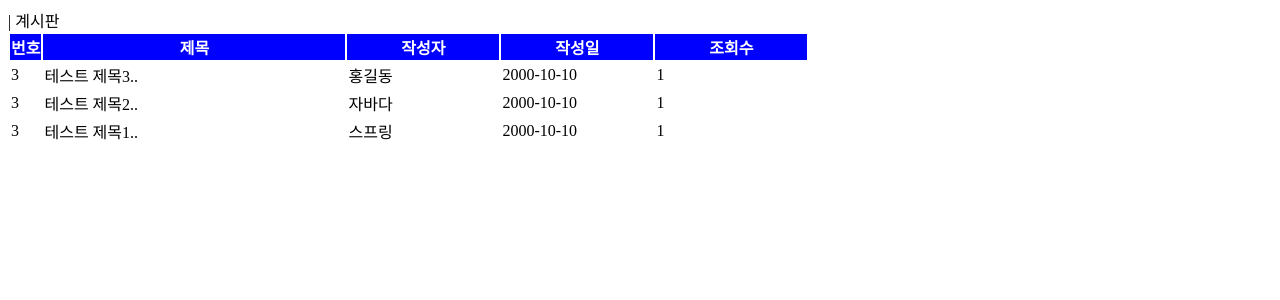
Repository: marudaga/html-css-lecture
Page: work/study/src/main/webapp/htmlEx/ch04/myQuiz.html
The author's editor kept a copy of each file at every save. The page is drawn from the files as they stood at one save, then again after the next save.
The browser window is 1280 px wide. The pictures show the whole page.

Above is the page before, as saved 2022-09-07 07:24:57.

### work/study/src/main/webapp/htmlEx/ch04/myQuiz.html
<!DOCTYPE html>
<html>
<head>
<meta charset="UTF-8">
<title >Insert title here</title>

</head>
<body>
<div class="body-container">
<div >| 계시판</div>
<table>
  <tr style="text-align: center; background: blue; color: white;">
    <th>번호</th>
    <th style="width: 300px;">제목</th>
    <th style="width: 150px;">작성자</th>
    <th style="width: 150px;">작성일</th>
    <th style="width: 150px;">조회수</th>
  </tr>
  <tr>
    <td>3</td>
    <td>테스트 제목3..</td>
    <td>홍길동</td>
    <td>2000-10-10</td>
    <td>1</td>
  </tr>
  <tr>
    <td>3</td>
    <td>테스트 제목2..</td>
    <td>자바다</td>
    <td>2000-10-10</td>
    <td>1</td>
  </tr>
  <tr>
    <td>3</td>
    <td>테스트 제목1..</td>
    <td>스프링</td>
    <td>2000-10-10</td>
    <td>1</td>
  </tr>
</table>
</div>
</body>
</html>

After the next save:
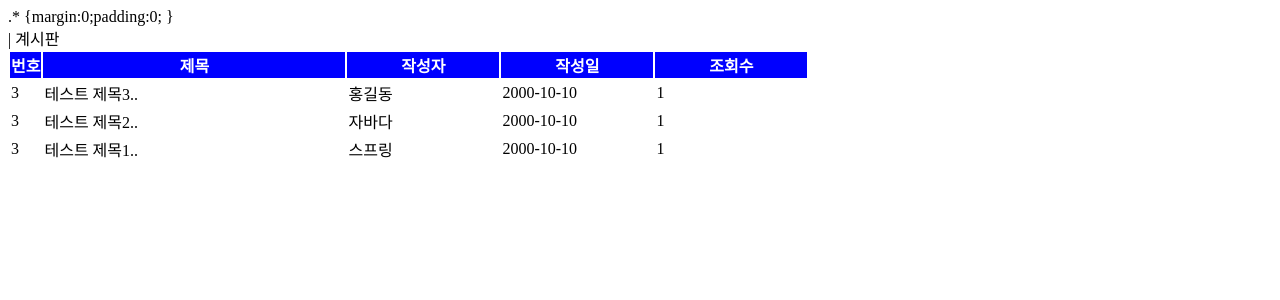
Saved 34 s later.
--- a/work/study/src/main/webapp/htmlEx/ch04/myQuiz.html
+++ b/work/study/src/main/webapp/htmlEx/ch04/myQuiz.html
@@ -3,7 +3,8 @@
 <head>
 <meta charset="UTF-8">
 <title >Insert title here</title>
-
+.* {margin:0;padding:0;
+}
 </head>
 <body>
 <div class="body-container">
